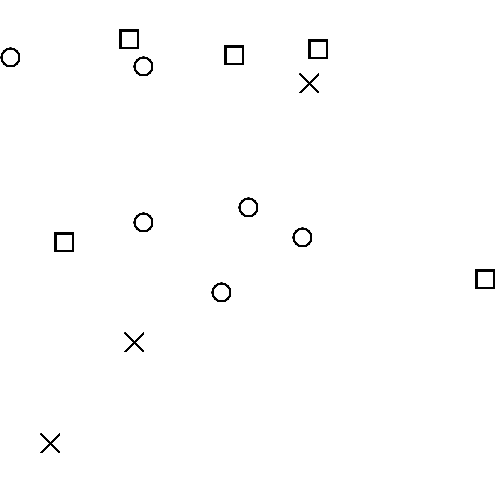
Repository: benceluzsinszky/rock-paper-scissors-simulation-pygame
Script's output: python main.py
An editor plug-in stored every save of this project. The script's output is shown before and after a run of saves, followed by the edit.
The window is shown after at most 60 frames with no key pressed. Random numbers start from a fixed seed. It also reads sprites/paper.png, sprites/rock.png, sprites/scissors.png.

Above is the script's output before, as saved 2023-04-24 20:25:20.

### main.py
import pygame
import sys
import random

from sprites import Sprite


class Game():
    """
    This class initializes the Pygame module and creates the game screen.
    """

    def __init__(self) -> None:
        """
        Initializes Pygame module and creates game screen.
        """
        pygame.init()

        self.clock = pygame.time.Clock()

        pygame.display.set_caption("Rock Paper Scissors")

        self.screen = pygame.display.set_mode((500, 500))

        self.rocks = pygame.sprite.Group()
        self.papers = pygame.sprite.Group()
        self.scissors = pygame.sprite.Group()

        self.sprite_groups = [self.rocks, self.papers, self.scissors]

        self.create_sprites("rock", self.rocks)
        self.create_sprites("paper", self.papers)
        self.create_sprites("scissors", self.scissors)

    def run_game(self):
        """
        Starts the game loop that continues until the user exits the game.
        """
        while True:
            self.check_events()
            self.move_sprites(self.rocks, self.scissors, self.papers)
            self.move_sprites(self.rocks, self.scissors, self.papers)
            self.move_sprites(self.rocks, self.scissors, self.papers)
            self.check_collisions()
            self.update_screen()
            self.clock.tick(60)

    def update_screen(self):
        """
        Updates the game screen with new information.
        """
        self.screen.fill((255, 255, 255))

        for group in self.sprite_groups:
            for sprite in group:
                sprite.blit_sprite()

        pygame.display.flip()

    def check_events(self):
        """
        Checks for user input events such as key presses or window close events.
        """
        for event in pygame.event.get():
            if event.type == pygame.QUIT:
                pygame.quit()
                sys.exit()
            elif event.type == pygame.KEYDOWN:
                if event.key == pygame.K_ESCAPE:
                    self.running = False

    def collision(self, winner, loser, type):
        collision = pygame.sprite.groupcollide(winner, loser, False, True)

        if collision:
            dead_sprite_rect_x = list(collision.values())[0][0].rect.x
            dead_sprite_rect_y = list(collision.values())[0][0].rect.y
            sprite = Sprite(self, type, (dead_sprite_rect_x, dead_sprite_rect_y))
            winner.add(sprite)

    def check_collisions(self):
        self.collision(self.rocks, self.scissors, "rock")
        self.collision(self.scissors, self.papers, "scissors")
        self.collision(self.papers, self.rocks, "paper")

    def move_sprites(self, wathced_group, food, enemy):
        for sprite in wathced_group:
            sprite.get_info(food, enemy)
            sprite.action()

    def create_sprites(self, type, group):
        for _ in range(5):
            random_x = random.randint(10, 490)
            random_y = random.randint(10, 490)
            sprite = Sprite(self, type, (random_x, random_y))
            group.add(sprite)


if __name__ == "__main__":
    game = Game()
    game.run_game()

### sprites.py
import pygame
import math

from pygame.sprite import Sprite


class Sprite(Sprite):
    """
    Class that creats a Rock/Papaer/Scissor character.
    """
    def __init__(self, game, character=str, location=tuple) -> None:
        super().__init__()
        self.screen = game.screen
        self.image = pygame.image.load(f"sprites/{character}.png")
        self.image = pygame.transform.scale(self.image, (20, 20))
        self.image.set_colorkey((255, 255, 255))
        self.rect = self.image.get_rect()
        self.rect.x = location[0]
        self.rect.y = location[1]
        self.closest_food = None
        self.closest_food_distance = float("inf")
        self.closest_enemy = None
        self.closest_enemy_distance = float("inf")

    def blit_sprite(self):
        self.screen.blit(self.image, self.rect)

    def get_info(self, food, enemy):
        self.get_food_info(food)
        self.get_enemy_info(enemy)

    def get_food_info(self, food):
        for sprite in food:
            distance = math.sqrt((
                sprite.rect[0] - self.rect[1])**2 + (sprite.rect[1] - self.rect[1])**2)
            if distance < self.closest_food_distance:
                self.closest_food_distance = distance
                self.closest_food = sprite

    def get_enemy_info(self, enemy):
        for sprite in enemy:
            distance = math.sqrt((
                sprite.rect[0] - self.rect[1])**2 + (sprite.rect[1] - self.rect[1])**2)
            if distance < self.closest_enemy_distance:
                self.closest_enemy_distance = distance
                self.closest_enemy = sprite

    def action(self):
        if self.closest_enemy_distance < self.closest_food_distance:
            self.run()
        else:
            self.eat()

    def eat(self):
        direction = pygame.math.Vector2(self.closest_food.rect.center) - pygame.math.Vector2(self.rect.center)
        try:
            direction.normalize_ip()
        except ValueError:
            pass
        if (
            self.rect.top > 0 and
            self.rect.bottom < 500 and
            self.rect.left > 0 and
            self.rect.right < 500
             ):
            self.rect.move_ip(direction * 2)

    def run(self):
        direction = pygame.math.Vector2(self.closest_enemy.rect.center) - pygame.math.Vector2(self.rect.center)
        try:
            direction.normalize_ip()
        except ValueError:
            pass
        if (
            self.rect.top > 0 and
            self.rect.bottom < 500 and
            self.rect.left > 0 and
            self.rect.right < 500
             ):
            self.rect.move_ip(direction * -2)

After the next 2 saves:
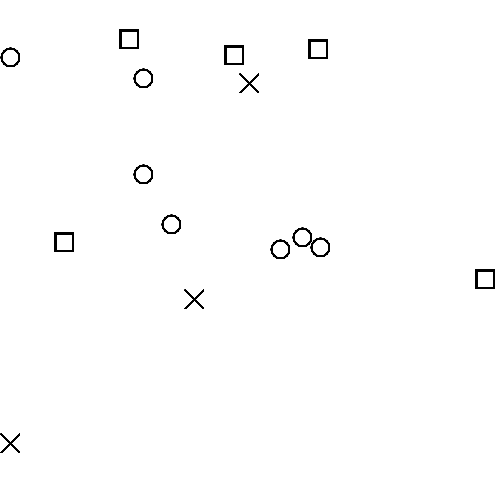
The 2 saves are shown as one change because they came seconds apart.
The last was saved 13 s later.
--- a/main.py
+++ b/main.py
@@ -39,7 +39,7 @@ class Game():
         while True:
             self.check_events()
             self.move_sprites(self.rocks, self.scissors, self.papers)
-            self.move_sprites(self.rocks, self.scissors, self.papers)
+            self.move_sprites(self.scissors, self.scissors, self.papers)
             self.move_sprites(self.rocks, self.scissors, self.papers)
             self.check_collisions()
             self.update_screen()
